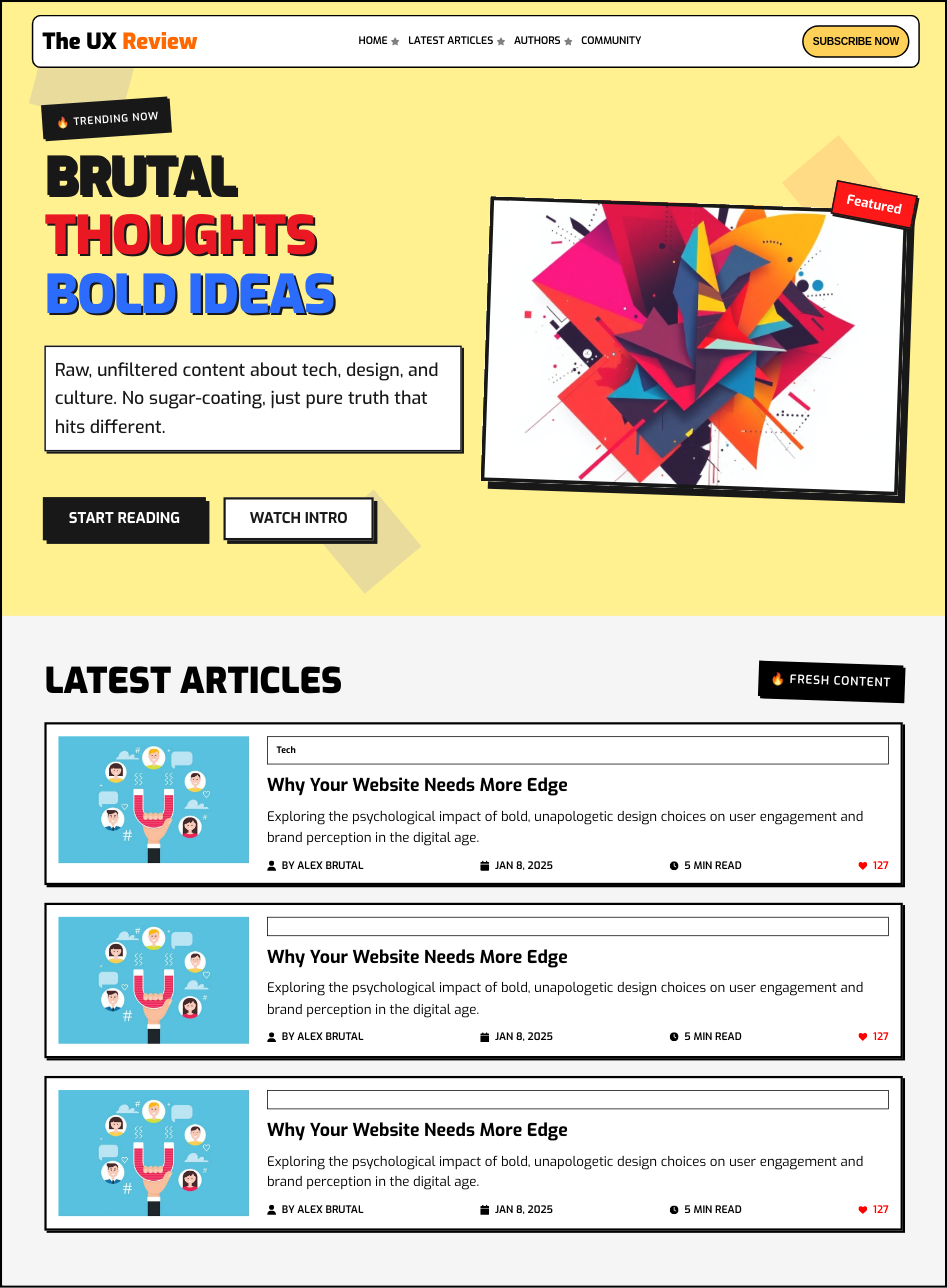
Repository: abdobadawi-ops/Route-Academy-Assignments
Page: Fourth Assignment - the-ux-review-blog/test.html
The author's editor kept a copy of each file at every save. The page is drawn from the files as they stood at one save, then again after the next save.
The browser window is 1280 px wide. The pictures show the whole page, at 74% of full size.

Above is the page before, as saved 2026-05-13 02:04:03.

After the next save:
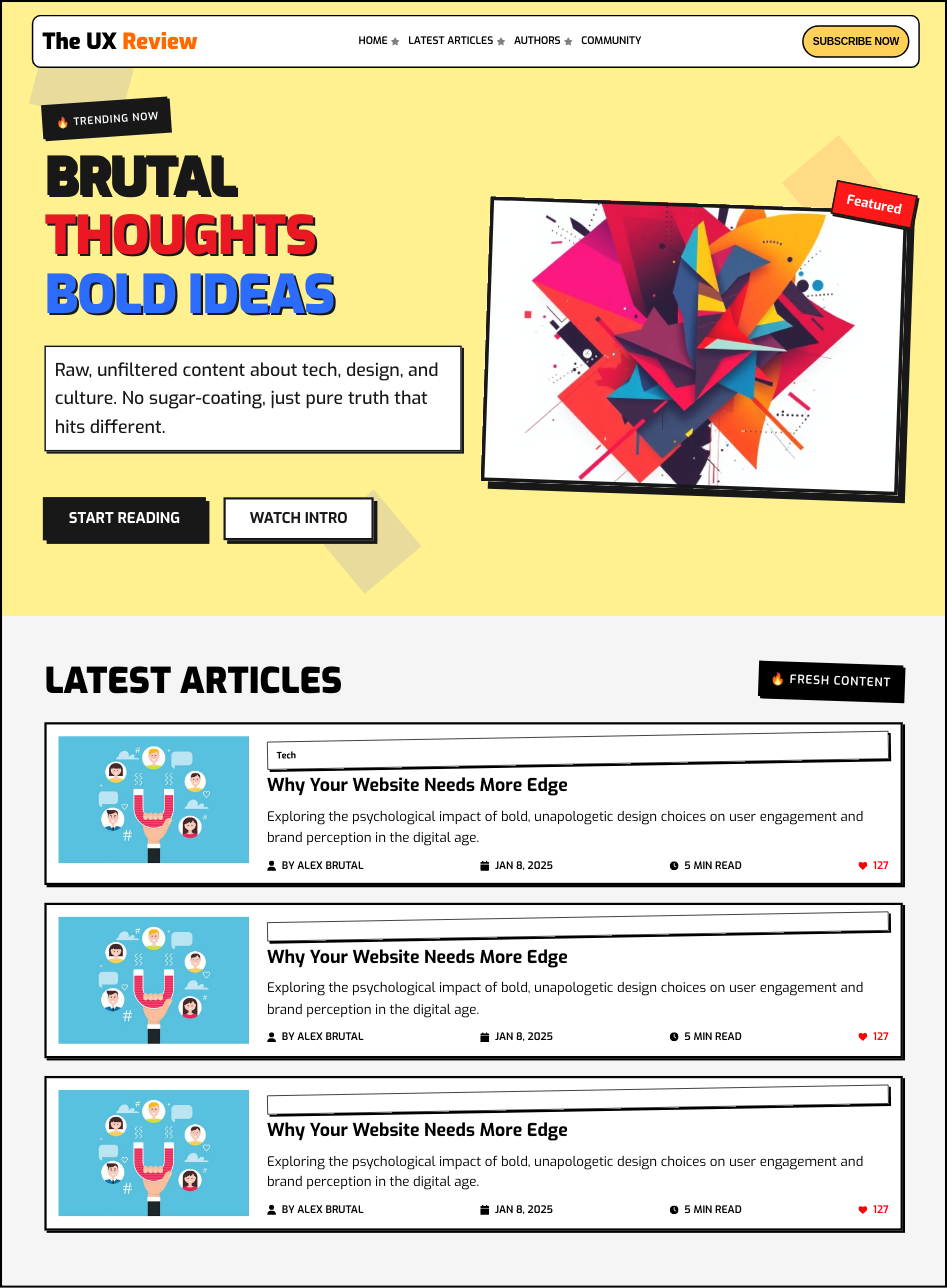
Saved 26 s later.
--- a/Fourth Assignment - the-ux-review-blog/test.css
+++ b/Fourth Assignment - the-ux-review-blog/test.css
@@ -356,7 +356,8 @@ img {
   font-size: 1.2rem;
   font-weight: 700;
   border: 1px solid #000;
-  box-shadow: #000;
+  box-shadow: 3px 3px #000;
+  transform: rotate(-1deg);
 }
 
 .articles__main-title {
